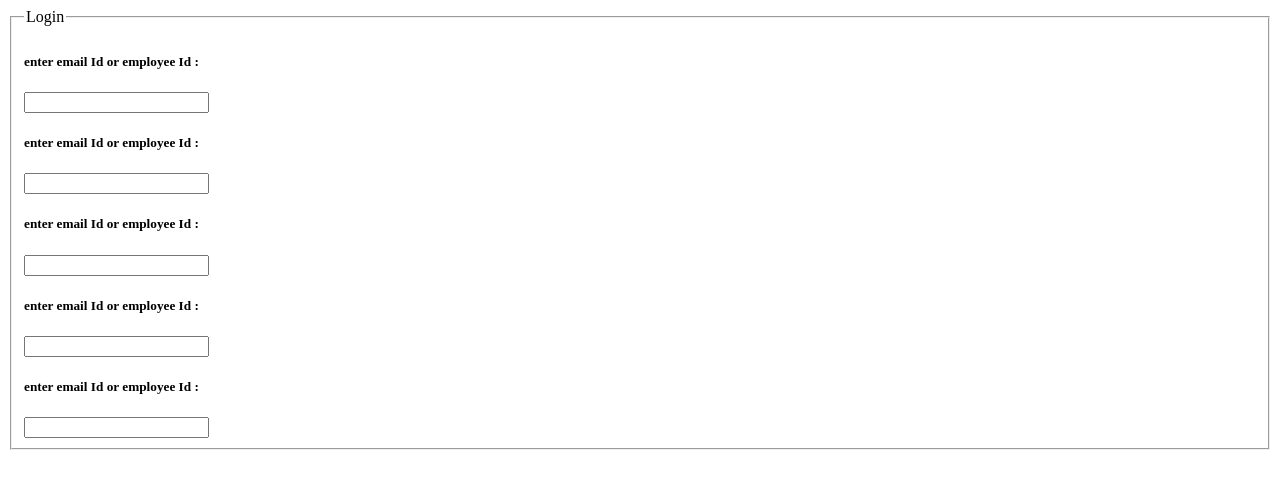
Repository: Tapaskrr/all-project
Page: http://localhost/check_check/WEB-INF/views/register.jsp
These files come from the project's save history. The page is drawn as it stood at one moment and after the next save; the edit follows.
The browser window is 1280 px wide. The pictures show the whole page.
The page is served by Tomcat 9. Nobody is signed in. Other server files are loaded and not shown. The template is opened directly, without the code that normally fills it, so the values that code supplies are empty.

Above is the page before, as saved 2022-10-23 16:40:56.

### Eclipse New Workspace/check_check/src/main/webapp/WEB-INF/views/register.jsp
<%@ page language="java" contentType="text/html; charset=ISO-8859-1"
    pageEncoding="ISO-8859-1"%>
<!DOCTYPE html>
<html>
<head>
<meta charset="ISO-8859-1">
<title>Insert title here</title>
</head>
<body>
<fieldset>
<legend>Login</legend>

<form action="./loginPage">

<h5>enter email Id or employee Id : </h5>
<input type="text" name="userId">

<h5>enter email Id or employee Id : </h5>
<input type="text" name="userName">

<h5>enter email Id or employee Id : </h5>
<input type="text" name="userEmailId">

<h5>enter email Id or employee Id : </h5>
<input type="text" name="userPwdId">

<h5>enter email Id or employee Id : </h5>
<input type="text" name="userId">



</form>



</fieldset>
</body>
</html>

After the next save:
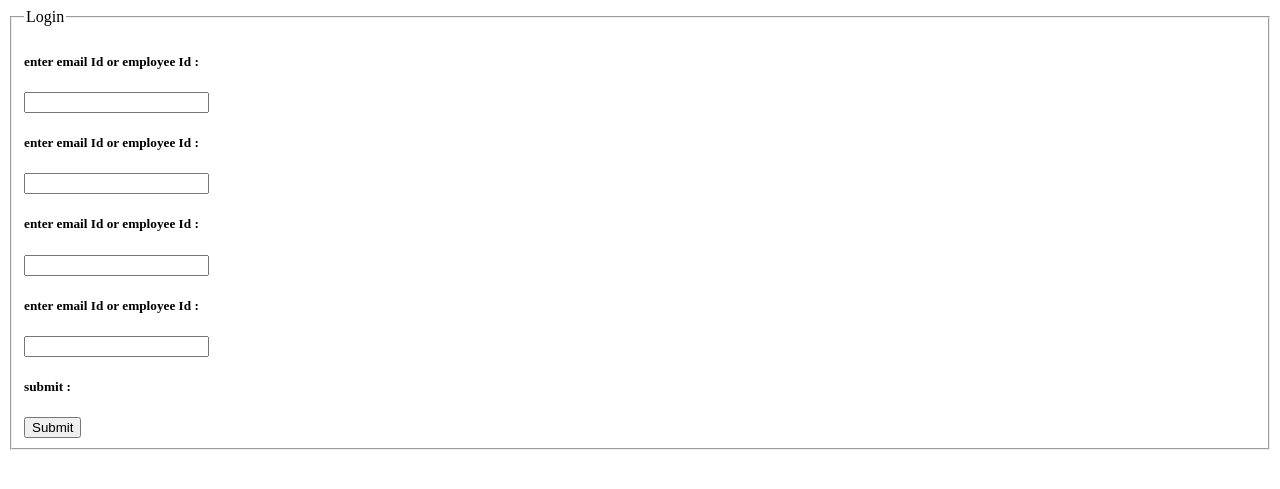
Saved 23 s later.
--- a/Eclipse New Workspace/check_check/src/main/webapp/WEB-INF/views/register.jsp
+++ b/Eclipse New Workspace/check_check/src/main/webapp/WEB-INF/views/register.jsp
@@ -24,8 +24,8 @@
 <h5>enter email Id or employee Id : </h5>
 <input type="text" name="userPwdId">
 
-<h5>enter email Id or employee Id : </h5>
-<input type="text" name="userId">
+<h5>submit : </h5>
+<input type="submit" name="userSubmit">
 
 
 
